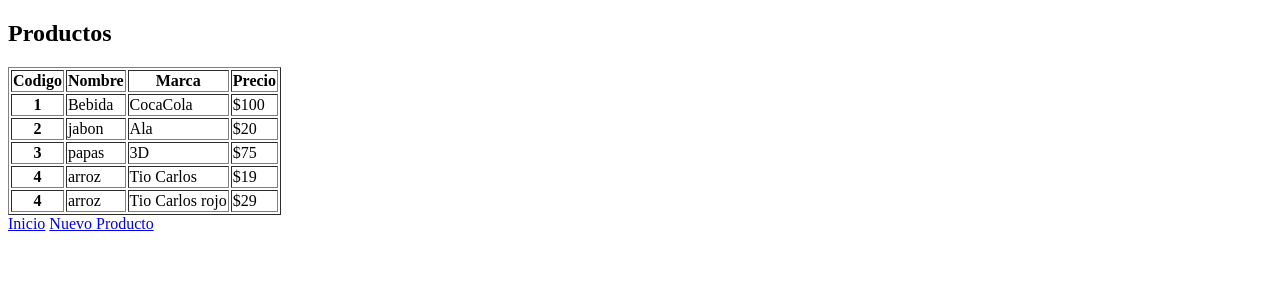
Repository: Alemartinez97/New-Repository
Page: programacion-3/tp3/producto.html
An editor plug-in stored every save of this project. The page is shown before and after the next save, followed by the edit.
The browser window is 1280 px wide. The pictures show the whole page.

Above is the page before, as saved 2020-06-04 18:10:26.

After the next save:
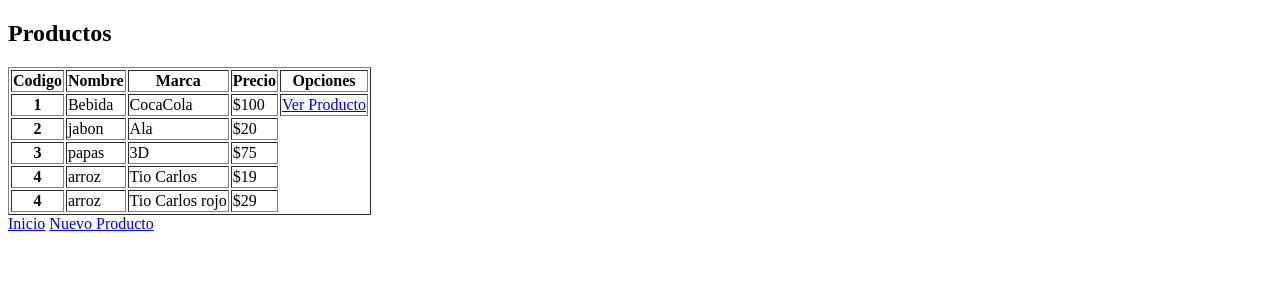
Saved 4 min 11 s later.
--- a/programacion-3/tp3/producto.html
+++ b/programacion-3/tp3/producto.html
@@ -14,12 +14,14 @@
             <th>Nombre</th>
             <th>Marca</th>
             <th>Precio</th>
+            <th>Opciones</th>
           </tr>
           <tr>
             <th>1</th>
             <td>Bebida</td>
             <td>CocaCola</td>
             <td>$100</td>
+            <td><a href="verProducto.html">Ver Producto</a></td>
           </tr>
           <tr>
             <th>2</th>
